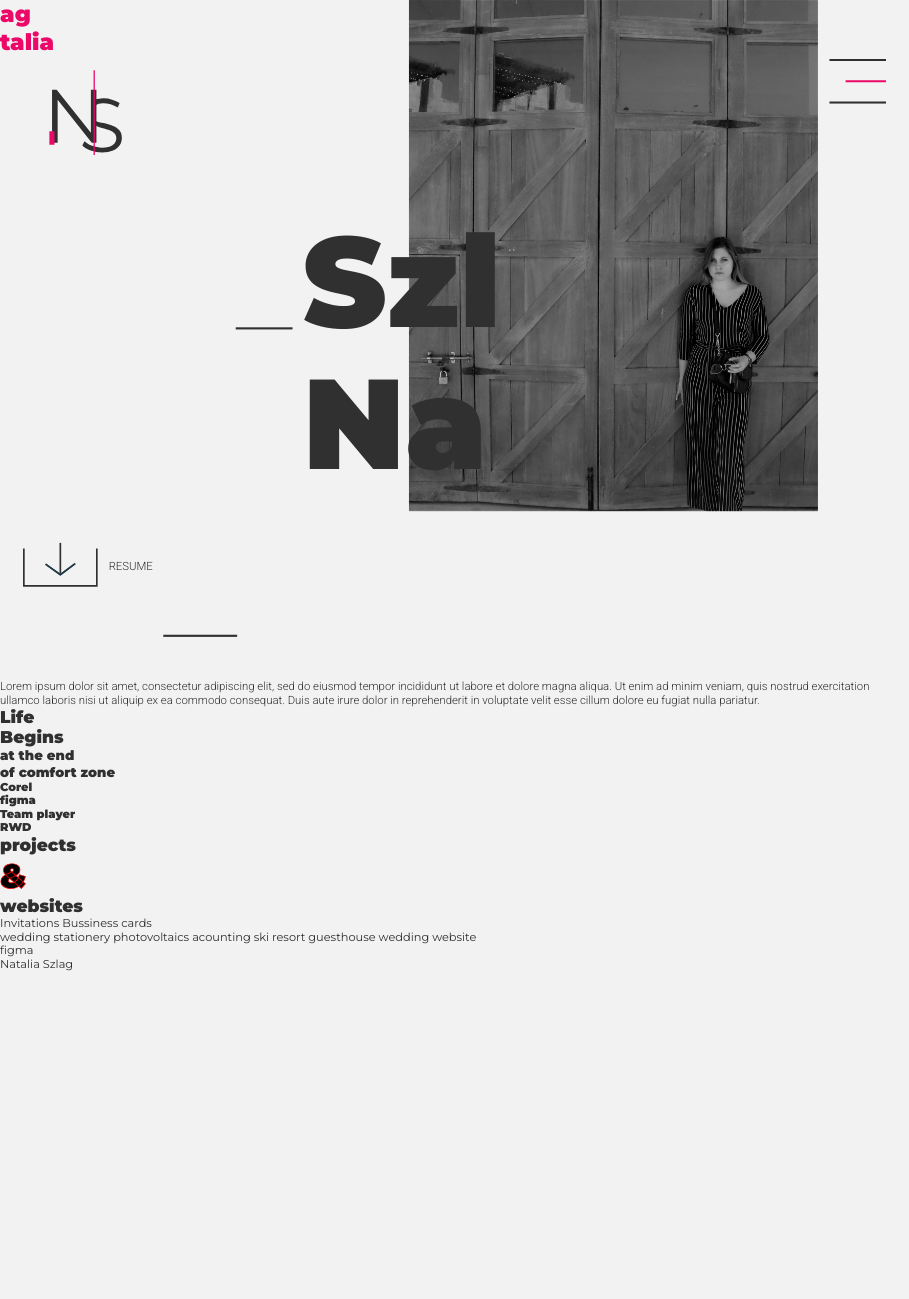
Repository: nataliaszlag/portfolio3
Page: index.html
The author's editor kept a copy of each file at every save. The page is drawn from the files as they stood at one save, then again after the next save.
The browser window is 1280 px wide. The pictures show the whole page, at 71% of full size.
The style sheet was rebuilt from its Sass, Less or Tailwind sources for each picture, by a compiler version that may differ from the author's.

Above is the page before, as saved 2020-09-26 20:13:39.

After the next save:
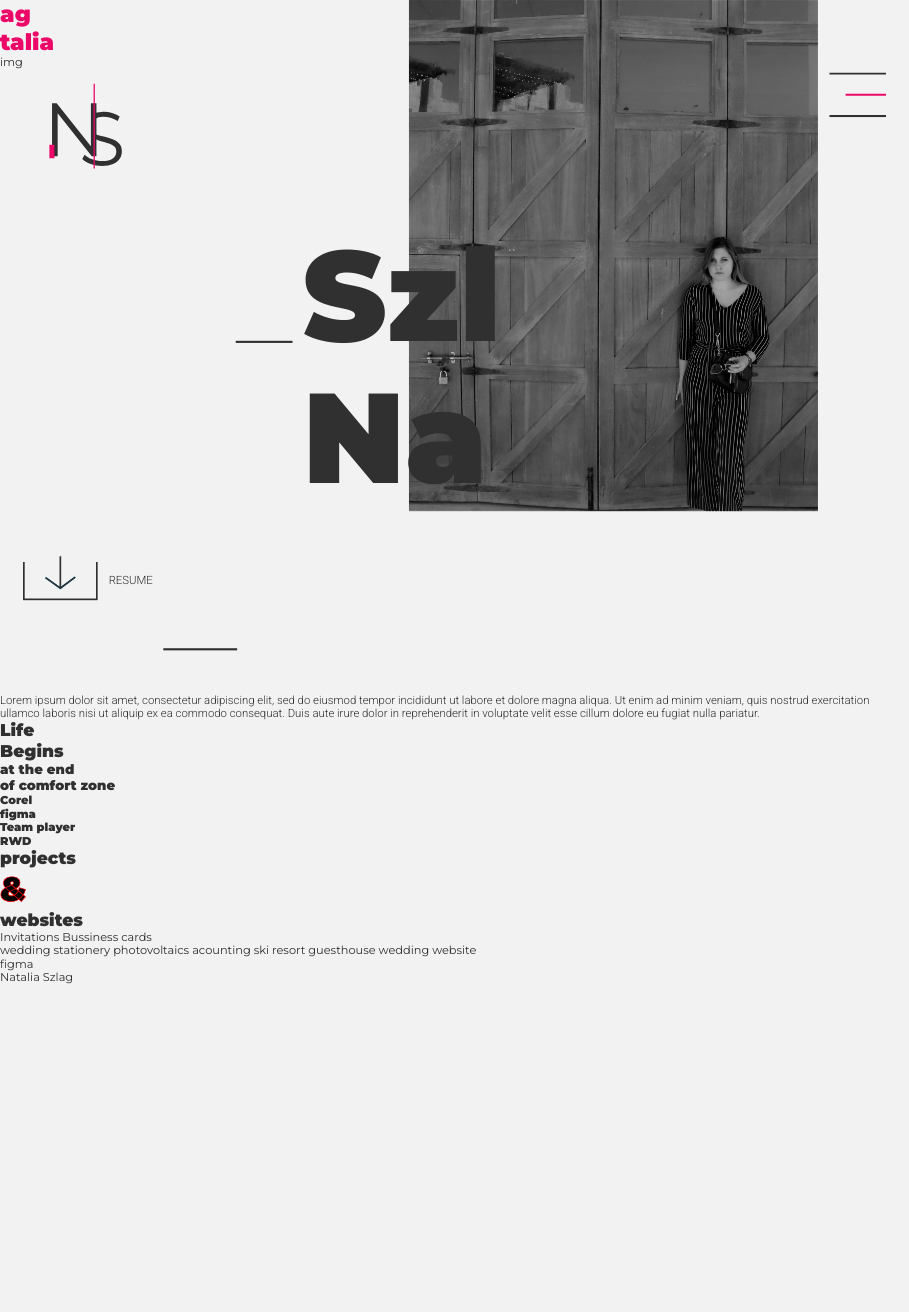
Saved 6 s later.
--- a/index.html
+++ b/index.html
@@ -7,7 +7,7 @@
     <link rel="stylesheet" href="/css/style.css">
     <link href="https://fonts.googleapis.com/css2?family=Montserrat:wght@300;400;600;900&family=Roboto:wght@300&display=swap" rel="stylesheet">
 <body>
-    <div><img class="hero-img"src="/img/img-hero.JPG" alt="zdj"><h1 class="h1-name-2 clr-prim">ag<br>talia</h1></div>
+    <div><img class="hero-img"src="/img/img-hero.JPG" alt="zdj"><h1 class="h1-name-2 clr-prim">ag<br>talia</h1></div>img</div>
     <header class="hero">
         <nav>
             <logo class="logo">
